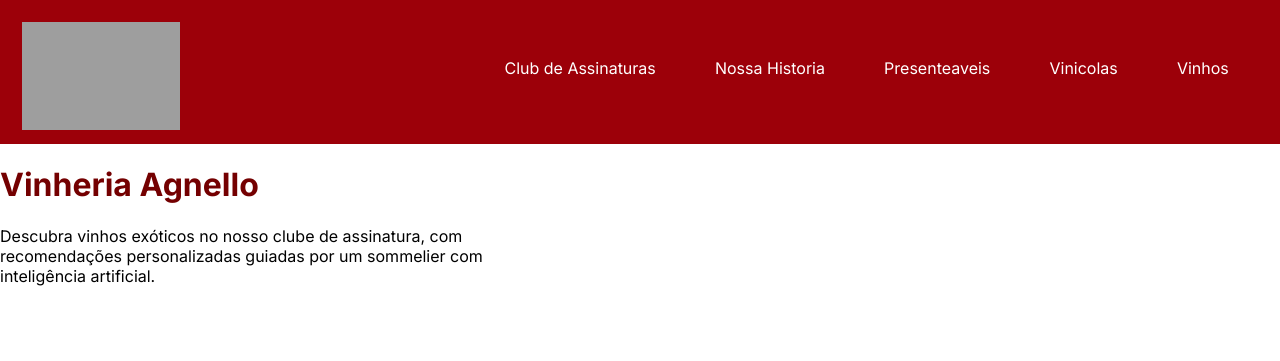
Repository: AbnerSLandim/vinheriaAgnello
Page: http://localhost/vinheriaAgnello/
The author's editor kept a copy of each file at every save. The page is drawn from the files as they stood at one save, then again after the next save.
The browser window is 1280 px wide. The pictures show the whole page.
Pictures or frames that could not be fetched are drawn as grey boxes. The page is served by Tomcat 10.

Above is the page before, as saved 2025-04-09 18:02:26.

After the next save:
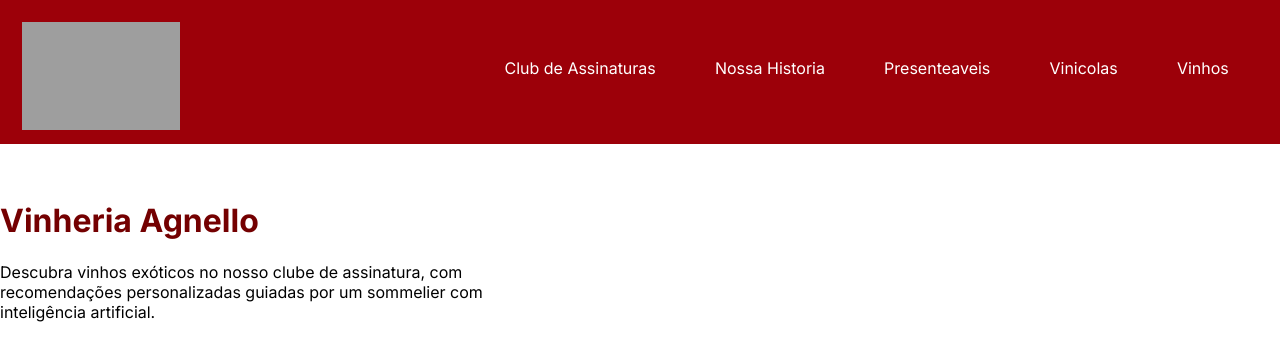
Saved 27 s later.
--- a/vinheriaAgnello/WebContent/content/style.css
+++ b/vinheriaAgnello/WebContent/content/style.css
@@ -45,6 +45,7 @@
 }
 
 .apresentação{
+	padding-top: 5vh;
 	width: 75vh;
 }
 
